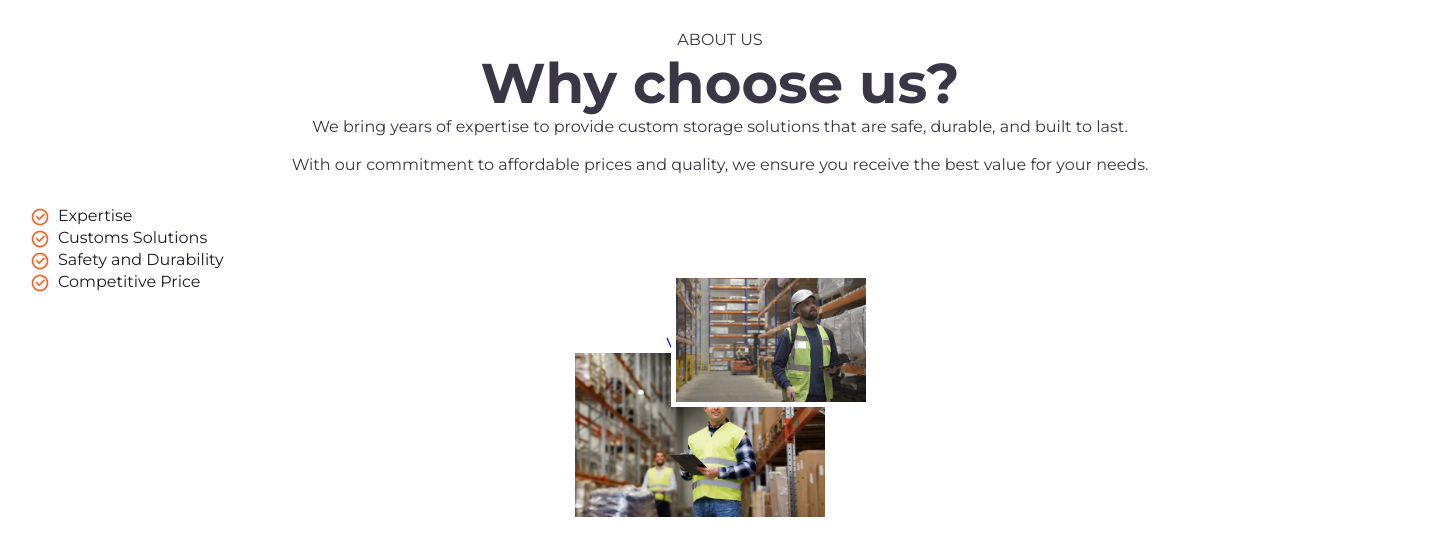
Repository: jahatesu/shelves-and-storage-equipment
Page: index.html
These files come from the project's save history. The page is drawn as it stood at one moment and after the next save; the edit follows.
The browser window is 1440 px wide. The pictures show the part of the page from y = 720 to 1267 px (the page is 1267 px tall before and 1257 px after).
Backgrounds fixed to the window are drawn as part of the page. Some web fonts or font styles are not loaded; a fallback is used.

Above is the page before, as saved 2025-01-08 15:34:57.
Console error: TypeError: Cannot read properties of null (reading 'querySelector')

After the next save:
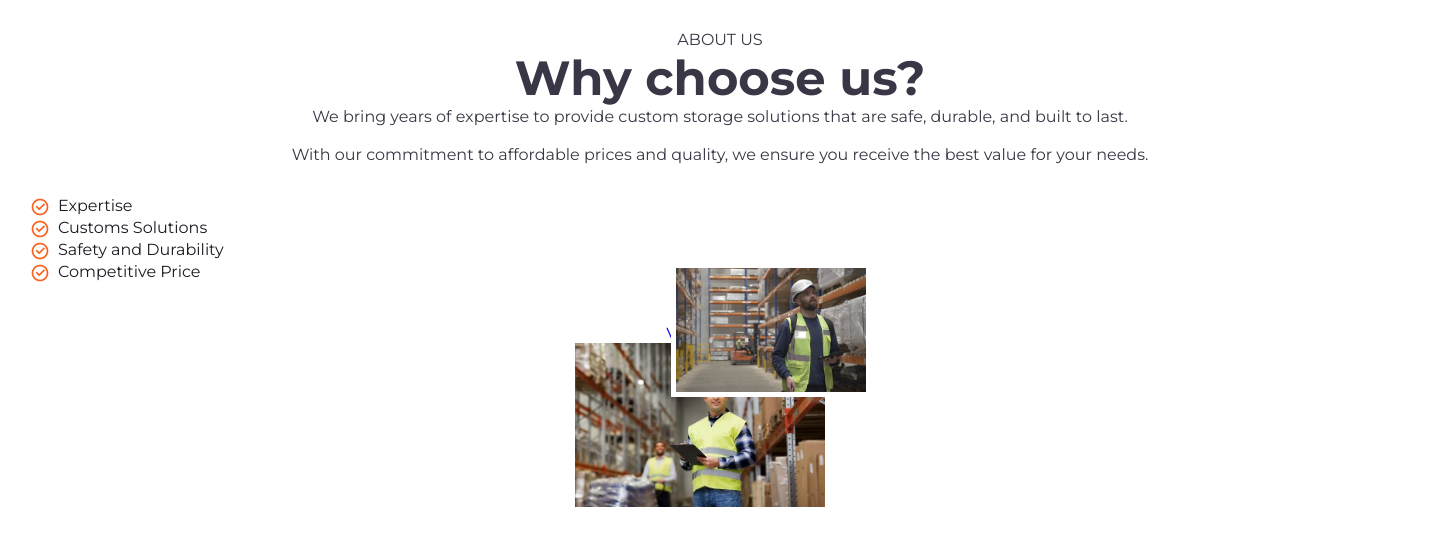
Saved 65 s later.
--- a/style.css
+++ b/style.css
@@ -142,7 +142,7 @@ p {
         font-size: 4rem;
     }
     h2 {
-        font-size: 3.5rem;
+        font-size: 3rem;
     }
     h3 {
         font-size: 3rem;
